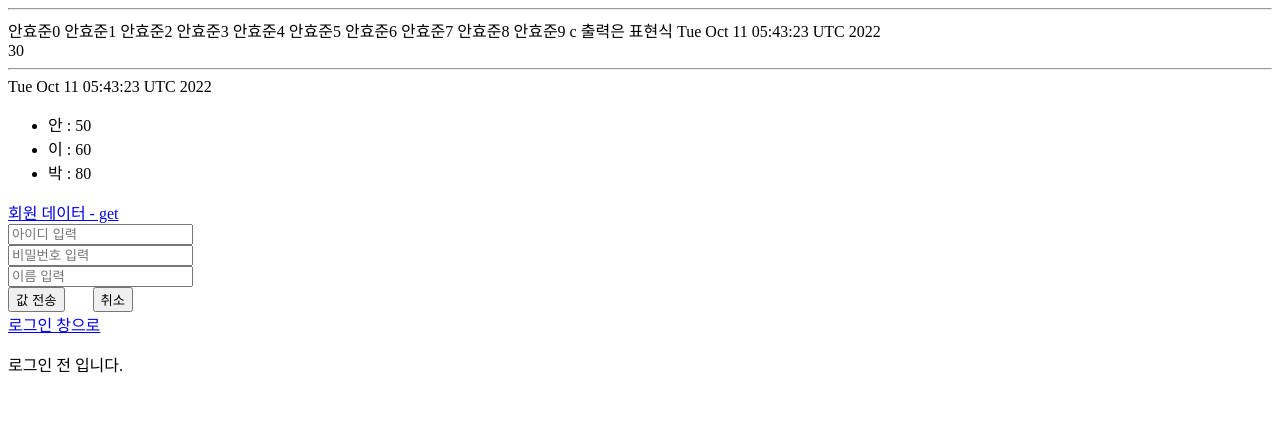
Repository: HyoJun-A/jsp
Page: http://localhost/practice01/
These files come from the project's save history. The page is drawn as it stood at one moment and after the next save; the edit follows.
The browser window is 1280 px wide. The pictures show the whole page.
The page is served by Tomcat 9.

Above is the page before, as saved 2022-10-14 05:57:50.

After the next save:
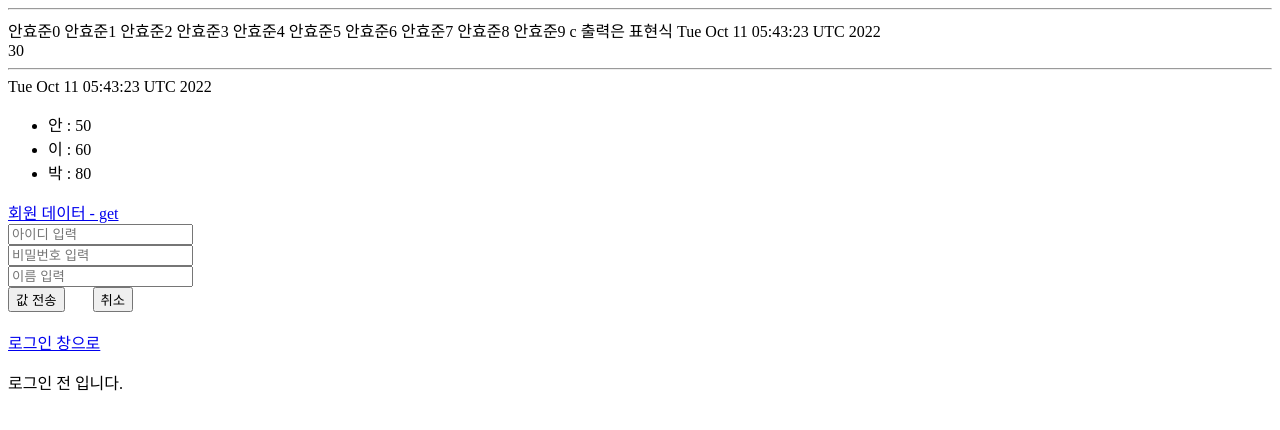
Saved 10 s later.
--- a/practice01/WebContent/index.jsp
+++ b/practice01/WebContent/index.jsp
@@ -70,7 +70,7 @@
 			}
 		%>
 	</div>
-	<a href="login.jsp">로그인 창으로</a>
+	<br><a href="login.jsp">로그인 창으로</a>
 	<%
 		String id = (String) session.getAttribute("m_id");
 		if(id != null){
